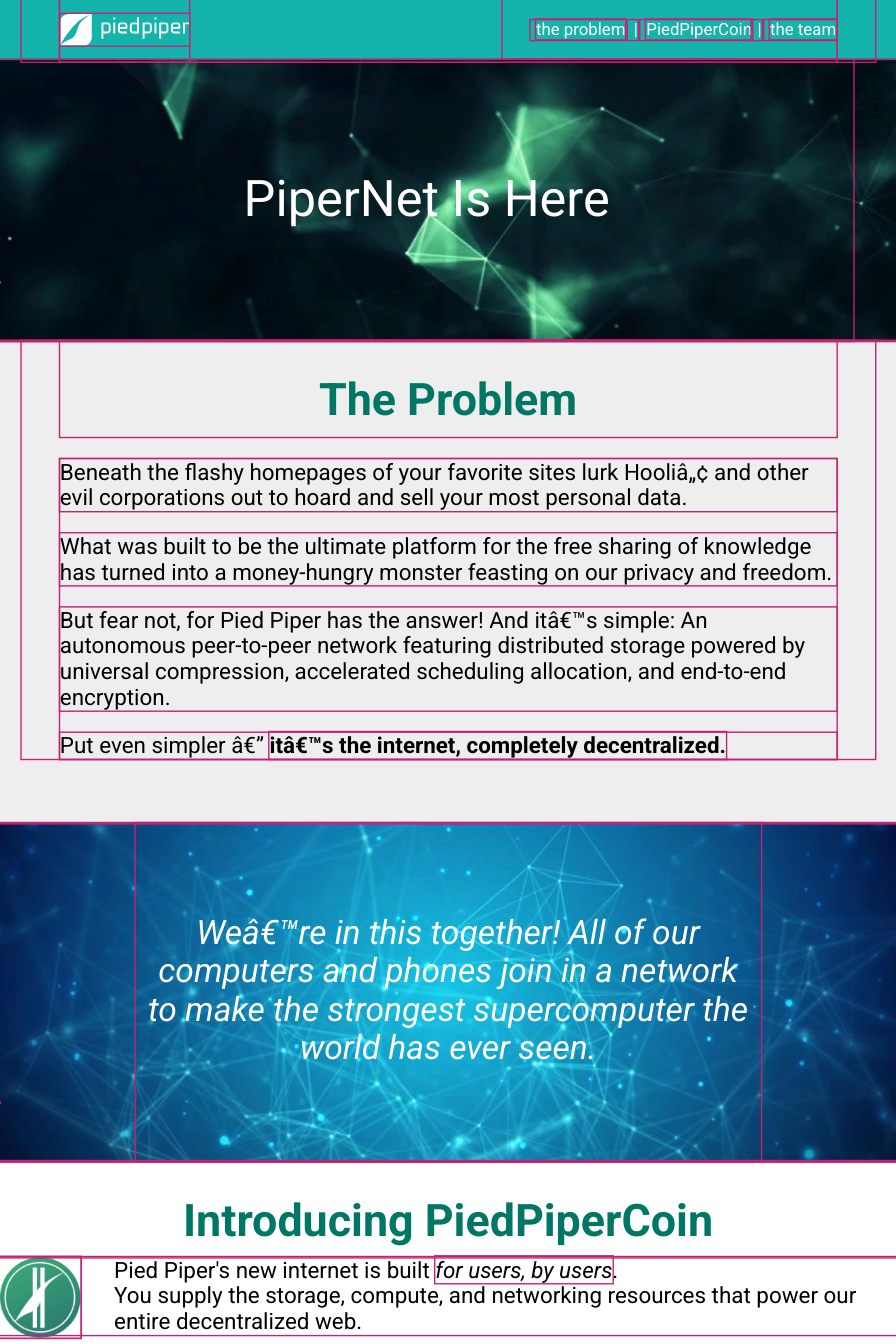
Repository: armus503/Pip_Piper
Page: Pip_Piper.html
The author's editor kept a copy of each file at every save. The page is drawn from the files as they stood at one save, then again after the next save.
The browser window is 1280 px wide. The pictures show the part of the page from y = 0 to 1920 px (the page is 3234 px tall), at 70% of full size.

Above is the page before, as saved 2021-07-20 23:29:13.

After the next save:
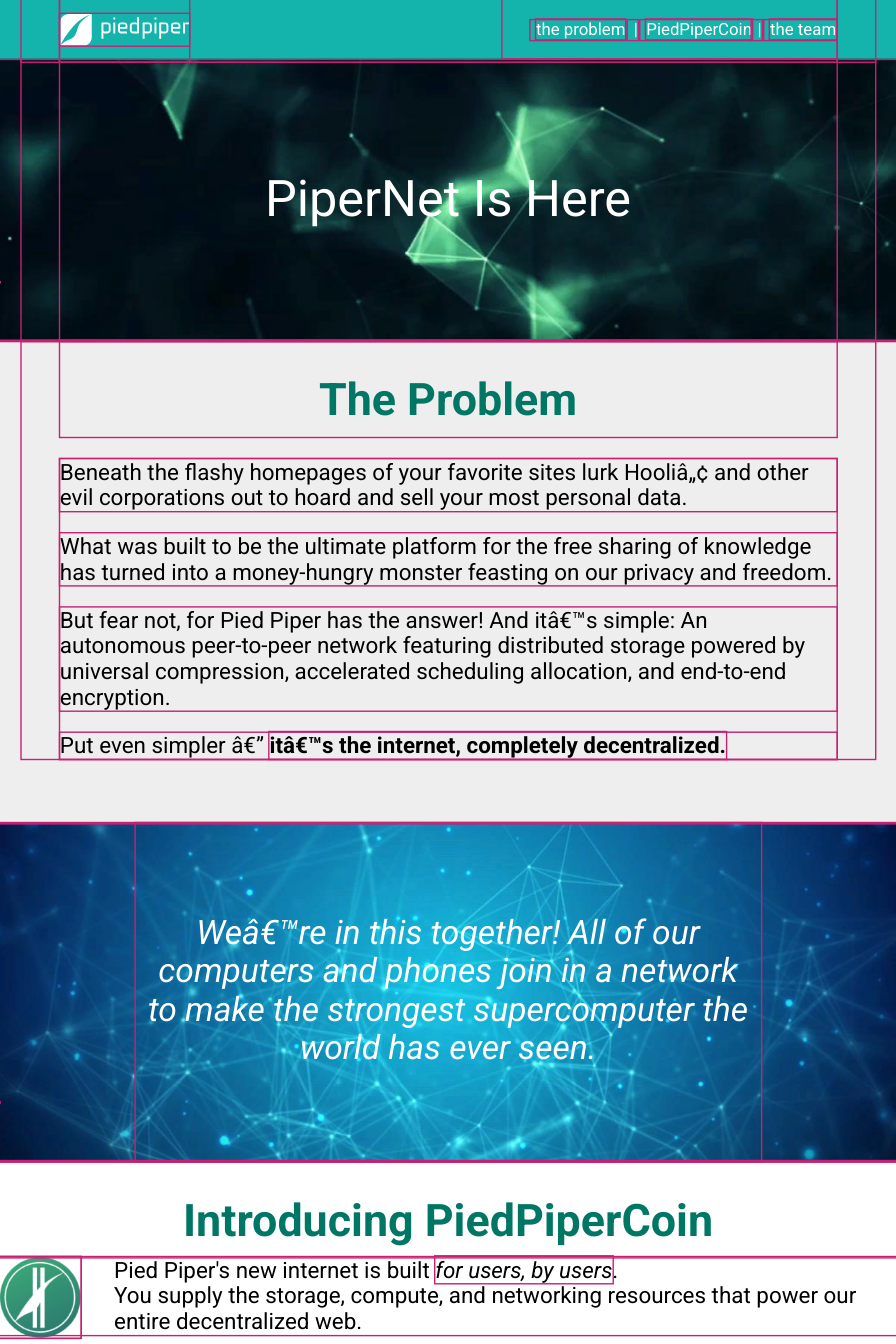
Saved 27 s later.
--- a/Pip_Piper.html
+++ b/Pip_Piper.html
@@ -32,9 +32,9 @@
     </header>
     <main class="main">
         <section id="anchor-logo" class="jumbotron">
-
-            <div class="text-jumbotron">PiperNet Is Here</div>
-
+            <div class="main-content">
+                <div class="text-jumbotron">PiperNet Is Here</div>
+            </div>
         </section>
         <div class="anchor">
             <a id="anchor-the_Problem" class="anchor__link"></a>
